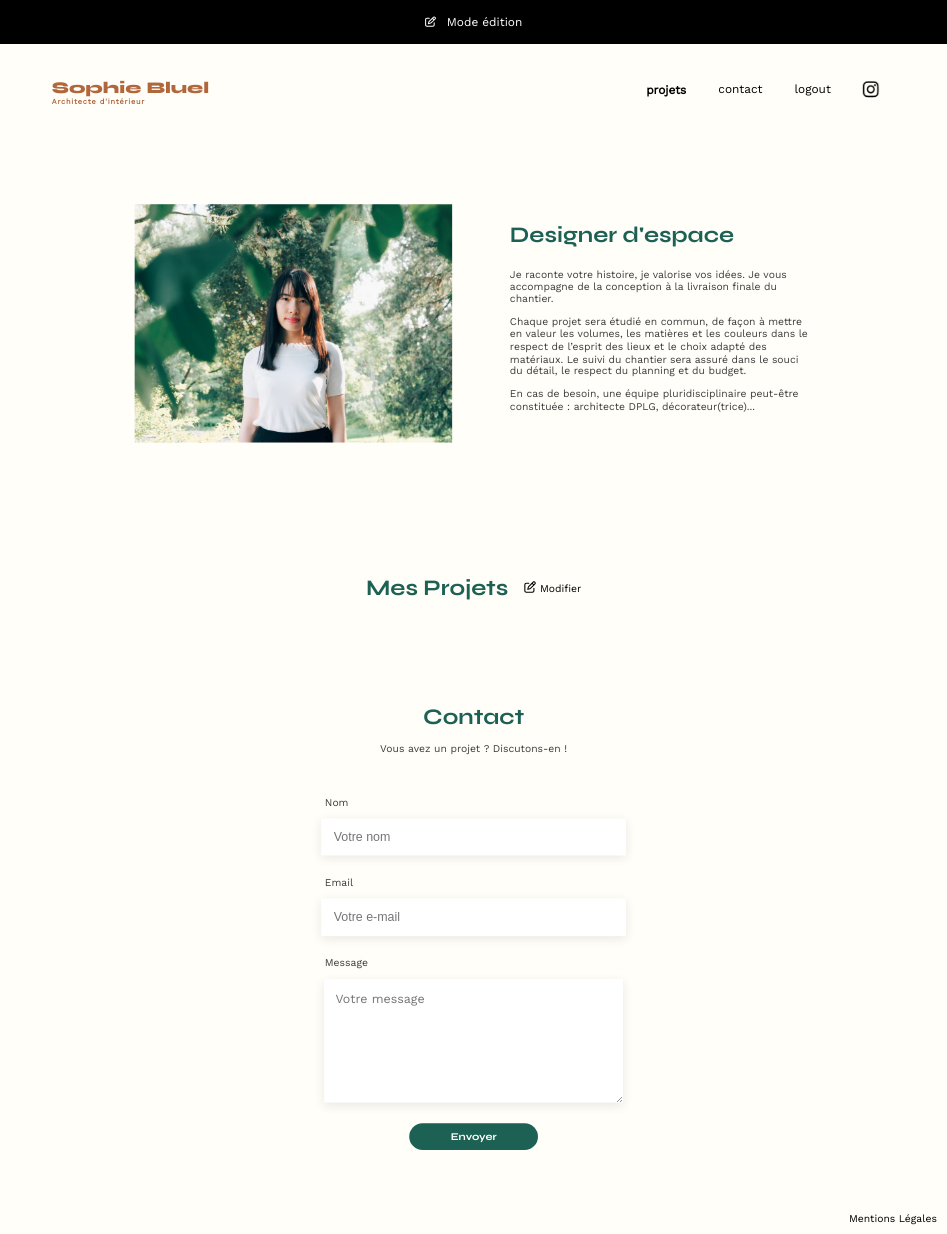
Repository: BlueSoley23/openclassrooms
Page: FrontEnd/index.html
These files come from the project's save history. The page is drawn as it stood at one moment and after a run of saves; the edit follows.
The browser window is 1280 px wide. The pictures show the whole page, at 74% of full size.
The page's requests for data from a server got no answer.

Above is the page before, as saved 2023-12-21 07:06:01.
Console error: TypeError: categories is not iterable

After the next 2 saves:
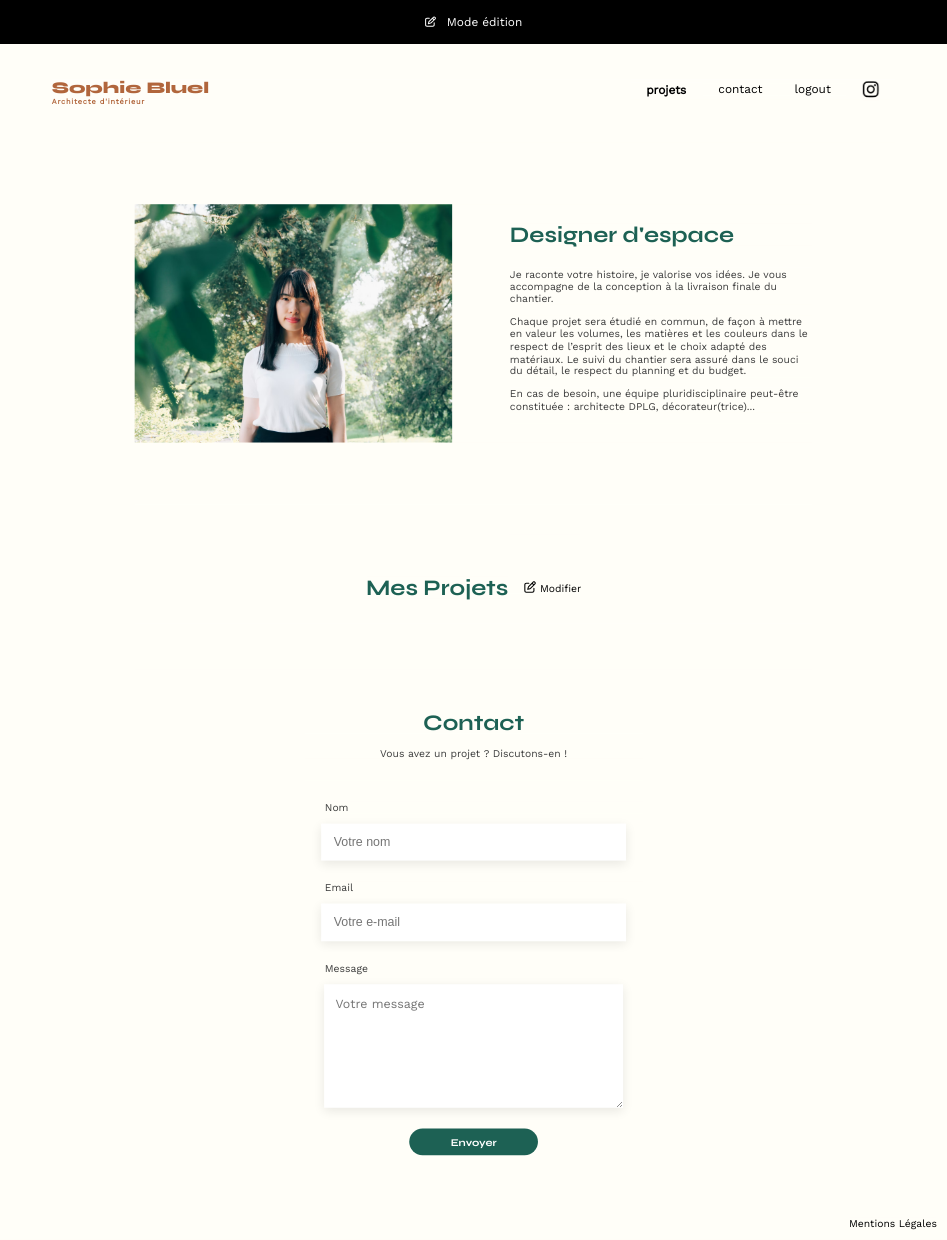
The 2 saves are shown as one change because they came seconds apart.
The last was saved 7 s later.
--- a/FrontEnd/assets/css/style.css
+++ b/FrontEnd/assets/css/style.css
@@ -591,7 +591,7 @@
 		justify-content: center;
 		justify-content: center;
 		align-items: center;
-		margin-bottom: 4em;
+		margin-bottom: 4.5em;
 	  }
 
 	  .modifier-link__content {
